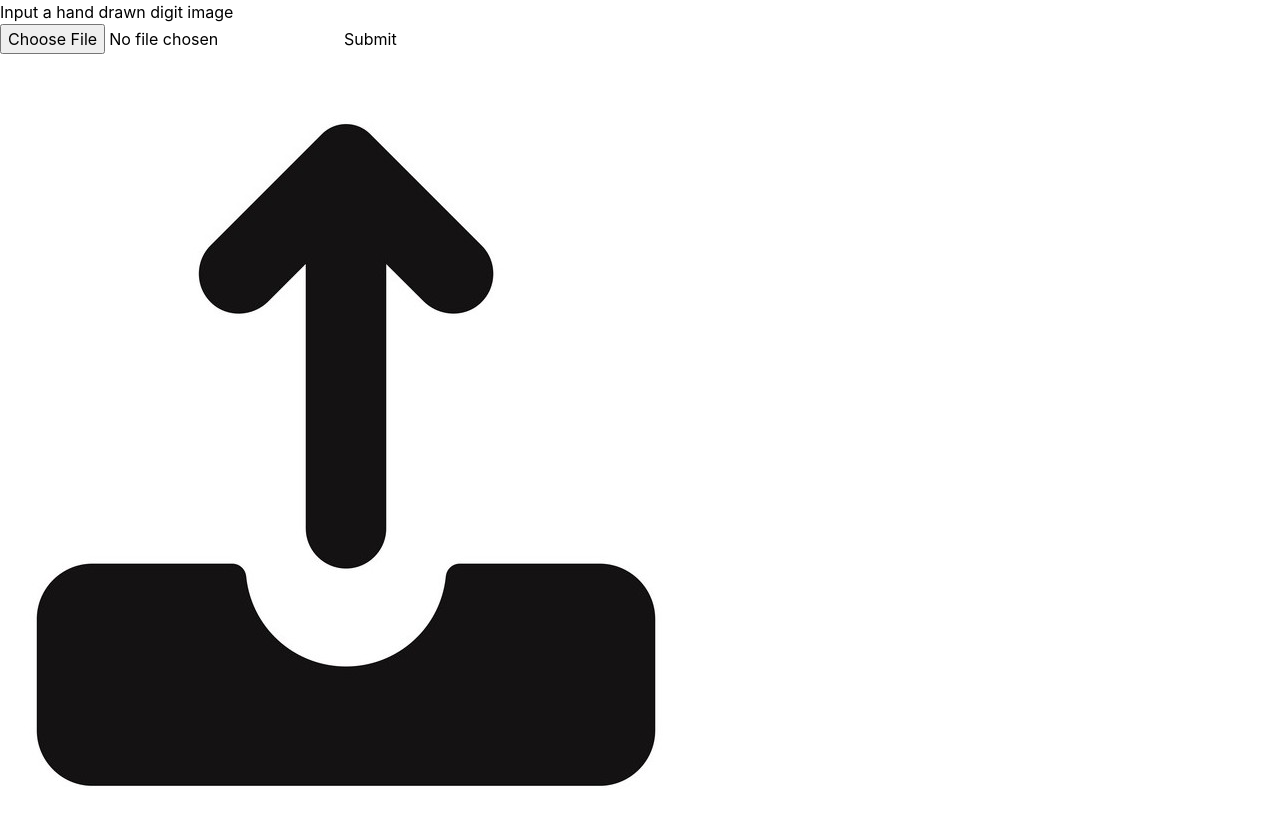
Repository: Laanith/TensorflowModelDeployment
Page: / (app in tensorflownode/)
These files come from the project's save history. The page is drawn as it stood at one moment and after the next save; the edit follows.
The browser window is 1280 px wide. The pictures show the whole page.
The project was rebuilt for these pictures with package versions that can differ from the ones it lists, and the page was loaded fresh each time.

Above is the page before, as saved 2023-10-24 12:44:34.

After the next save:
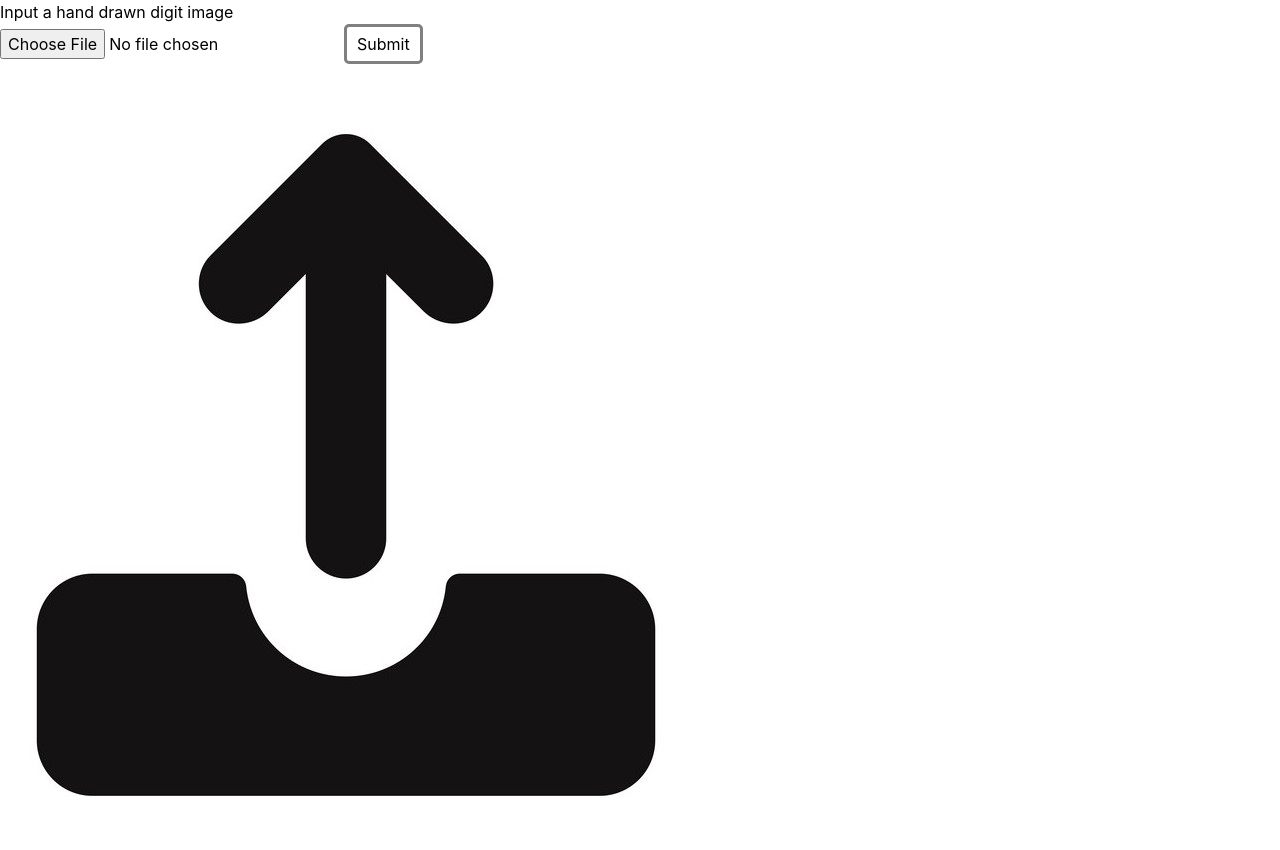
Saved 8 s later.
--- a/tensorflownode/src/App.js
+++ b/tensorflownode/src/App.js
@@ -20,7 +20,7 @@ function App() {
                 <h3>Input a hand drawn digit image</h3>
                 <form encType="multipart/form-data">
                     <input type="file" accept="image/*" onChange={handleUpload} ></input>
-                    <button type="submit">Submit</button>
+                    <button className="submitButton" type="submit">Submit</button>
                 </form>
 
                 <br></br>
